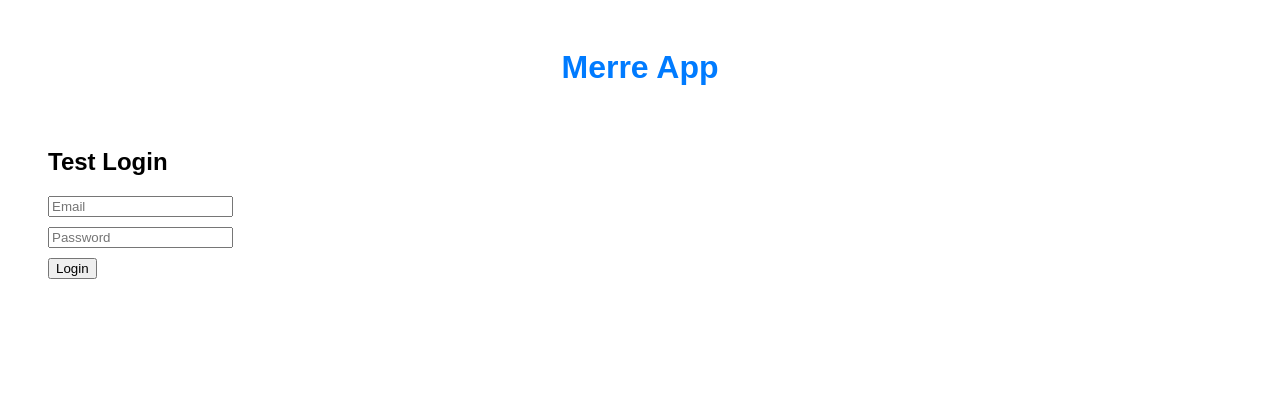
Repository: EPllana/merre
Page: / (app in my-app/)
The author's editor kept a copy of each file at every save. The page is drawn from the files as they stood at one save, then again after the next save.
The browser window is 1280 px wide. The pictures show the whole page.
The project was rebuilt for these pictures with package versions that can differ from the ones it lists, and the page was loaded fresh each time. Also part of the build but not shown: my-app/vite.config.js, my-app/src/pages/Register.jsx.

Above is the page before, as saved 2025-07-29 00:07:14.

After the next save:
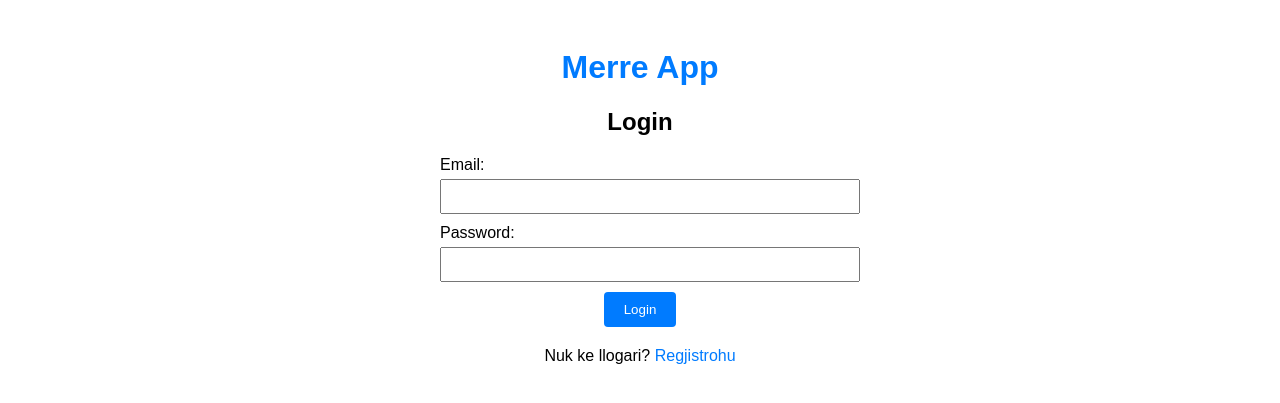
Saved 6 s later.
--- a/my-app/src/pages/Login.jsx
+++ b/my-app/src/pages/Login.jsx
@@ -1,43 +1,76 @@
 // src/pages/Login.jsx
-import API from '../services/api';
-import { useState } from 'react';
-
-console.log('API instance:', API); // 🟡 Shiko në konsolë në DevTools
+import React, { useState } from 'react';
+import axios from 'axios';
 
 const Login = () => {
   const [email, setEmail] = useState('');
   const [password, setPassword] = useState('');
+  const [message, setMessage] = useState('');
+  const [error, setError] = useState('');
 
   const handleSubmit = async (e) => {
     e.preventDefault();
     try {
-      // Test thirrjeje (pa dërguar ende)
-      console.log('Duke provuar të bëj login...');
+      const res = await axios.post('http://localhost:5000/api/login', {
+        email,
+        password,
+      });
+      setMessage('Login successful!');
+      setError('');
+      localStorage.setItem('token', res.data.token);
+      console.log('User data:', res.data.user);
     } catch (err) {
-      console.error(err);
+      setError(err.response?.data?.message || 'Login failed');
+      setMessage('');
     }
   };
 
   return (
-    <div style={{ padding: 20 }}>
-      <h2>Test Login</h2>
+    <div style={{ maxWidth: '400px', margin: '0 auto', textAlign: 'center' }}>
+      <h2>Login</h2>
+      {error && <p style={{ color: 'red' }}>{error}</p>}
+      {message && <p style={{ color: 'green' }}>{message}</p>}
       <form onSubmit={handleSubmit}>
-        <input
-          type="email"
-          placeholder="Email"
-          value={email}
-          onChange={(e) => setEmail(e.target.value)}
-          style={{ display: 'block', marginBottom: 10 }}
-        />
-        <input
-          type="password"
-          placeholder="Password"
-          value={password}
-          onChange={(e) => setPassword(e.target.value)}
-          style={{ display: 'block', marginBottom: 10 }}
-        />
-        <button type="submit">Login</button>
+        <div style={{ marginBottom: '10px', textAlign: 'left' }}>
+          <label>Email:</label>
+          <input
+            type="email"
+            value={email}
+            onChange={(e) => setEmail(e.target.value)}
+            style={{ width: '100%', padding: '8px', marginTop: '5px' }}
+            required
+          />
+        </div>
+        <div style={{ marginBottom: '10px', textAlign: 'left' }}>
+          <label>Password:</label>
+          <input
+            type="password"
+            value={password}
+            onChange={(e) => setPassword(e.target.value)}
+            style={{ width: '100%', padding: '8px', marginTop: '5px' }}
+            required
+          />
+        </div>
+        <button
+          type="submit"
+          style={{
+            backgroundColor: '#007bff',
+            color: 'white',
+            padding: '10px 20px',
+            border: 'none',
+            borderRadius: '4px',
+            cursor: 'pointer',
+          }}
+        >
+          Login
+        </button>
       </form>
+      <p style={{ marginTop: '20px' }}>
+        Nuk ke llogari?{' '}
+        <a href="/register" style={{ color: '#007bff' }}>
+          Regjistrohu
+        </a>
+      </p>
     </div>
   );
 };
